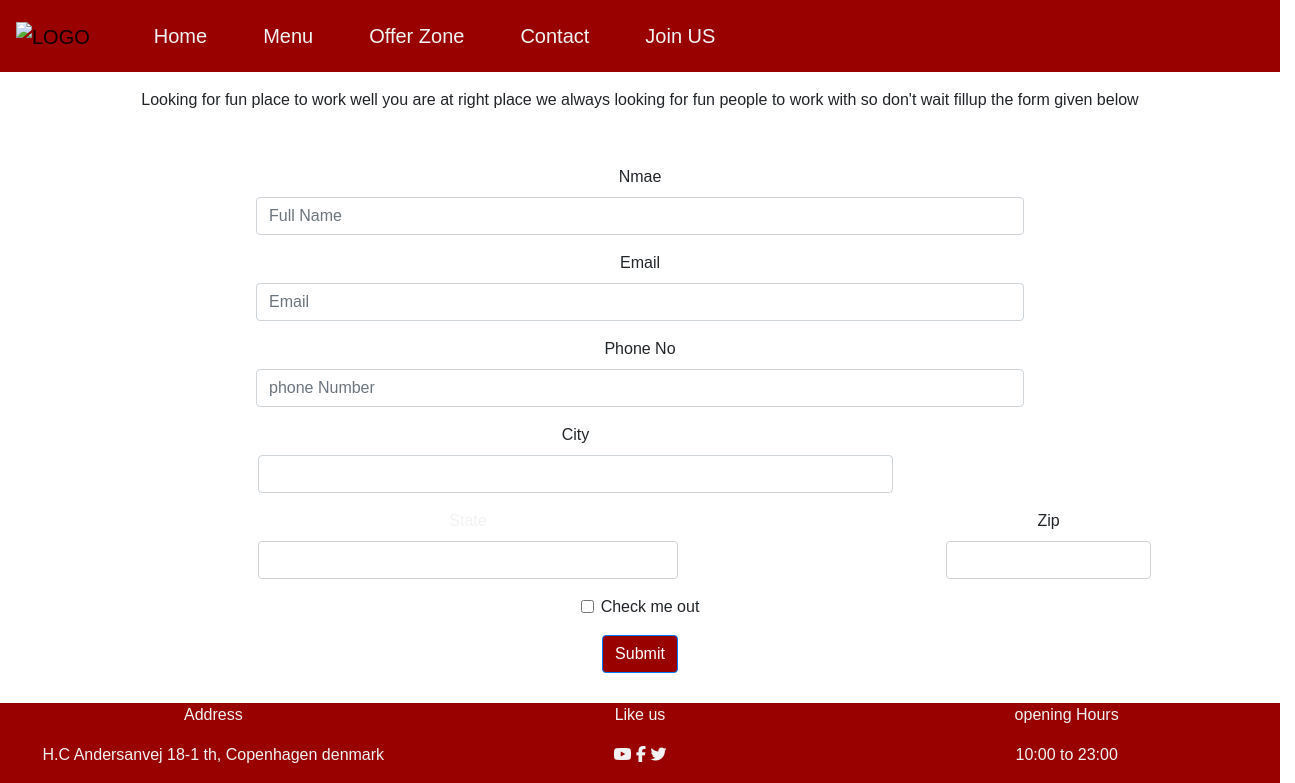
Repository: HMTRIVEDI/project-one
Page: job.html
The author's editor kept a record of every edit. The page is drawn from the files as they stood at one moment, then again after the next edit.
The browser window is 1280 px wide. The page is 1295 px wide, so the pictures cover 1295 px, including what lies to the right of the window. The pictures show the whole page.
Some web libraries are served in a nearby version.

Above is the page before.

### job.html
<!doctype html>
<html lang="en">

<head>
  <!-- Required meta tags -->
  <meta charset="utf-8">
  <meta name="viewport" content="width=device-width, initial-scale=1, shrink-to-fit=no">

  <!-- Bootstrap CSS -->
  <script src="https://kit.fontawesome.com/325cc790b1.js"></script>
  <link rel="stylesheet" href="https://stackpath.bootstrapcdn.com/bootstrap/4.3.1/css/bootstrap.min.css" integrity="sha384-ggOyR0iXCbMQv3Xipma34MD+dH/1fQ784/j6cY/iJTQUOhcWr7x9JvoRxT2MZw1T" crossorigin="anonymous">
  <link rel="stylesheet" href="style.css" type="text/css" />
  <link href="https://fonts.googleapis.com/css?family=Playfair+Display&display=swap" rel="stylesheet">
  <title>K&H Since 1992</title>
</head>


<body>

  <div class="container-fluid">
    <div class="row">
      <div class="col-sm-12">
        <nav class="navbar fixed-top navbar-expand-lg navbar-light bg-light">
          <a class="navbar-brand" href="index.html">
            <img src="#" width="200px" height="80px" alt="LOGO"></a>
          <button class="navbar-toggler" type="button" data-toggle="collapse" data-target="#navbarNavDropdown" aria-controls="navbarNavDropdown" aria-expanded="false" aria-label="Toggle navigation">
                     <span class="btn"><i class="fas fa-hamburger"></i></span>
           </button>
          <div class="collapse navbar-collapse" id="navbarNavDropdown">
            <ul class="navbar-nav">
              <li class="nav-item">
                <a class="nav-link" href="index.html">Home <span class="sr-only">(current)</span></a>
              </li>
              <li class="nav-item">
                <a class="nav-link" href="Menu.html">Menu</a>
              </li>
              <li class="nav-item">
                <a class="nav-link" href="Offerzone.html">Offer Zone</a>
              </li>
              <li class="nav-item">
                <a class="nav-link" href="Contact.html">Contact</a>
              </li>
              <li class="nav-item">
                <a class="nav-link" href="job.html">Join US</a>
              </li>
            </ul>
          </div>
        </nav>
      </div>
    </div>
    <!--offer-->
    <section class="contact">
      <div class="row">
        <div class="col-sm-12">
          <h6>Looking for fun place to work well you are at right place we always looking for fun people to work with so don't wait fillup the form given below </h6>
          <br>
          <br>
          <form>
            <div class="form-group">
              <label for="inputname class=" "form-control">Nmae</label>
              <input type="text" class="form-control" placeholder="Full Name">
            </div>
            <div class="form-group">
              <label for="inputemail">Email</label>
              <input type="email" class="form-control" id="inputemail" placeholder="Email">
            </div>
            <div class="form-group">
              <label for="inputphoneno">Phone No</label>
              <input type="number" class="form-control" id="inputphonenor" placeholder="phone Number">
            </div>
            <div class="form-row">
              <div class="form-group col-md-6">
                <label for="inputCity">City</label>
                <input type="text" class="form-control" id="inputCity">
              </div>
              <div class="form-group col-md-4">
                <label for="inputState">State</label>
                <input type="text" class="form-control"></input>
              </div>
              <div class="form-group col-md-2">
                <label for="inputZip">Zip</label>
                <input type="text" class="form-control" id="inputZip">
              </div>
            </div>
            <div class="form-group">
              <div class="form-check">
                <input class="form-check-input" type="checkbox" id="gridCheck">
                <label class="form-check-label" for="gridCheck">Check me out</label>
              </div>
            </div>
            <button type="submit" class="btn btn-primary">Submit</button>
        </div>
      </div>
    </section>
    <!--footer-->
    <div class="row" id="footer">
      <div class="col-md-4" id="A">
        <p>Address</p>
        <p>H.C Andersanvej 18-1 th, Copenhagen denmark</p>
      </div>
      <div class="col-md-4" id="o">
        <p>Like us</p>
        <a href=" mailto: "><i class="fab fa-youtube "></i></a>
        <a href="mailto: "><i class="fab fa-facebook-f "></i></a>
        <a href="mailto: "><i class="fab fa-twitter "></i></a>
      </div>
      <div class="col-md-4" id="l">
        <p>opening Hours</p>
        <p>10:00 to 23:00</p>
      </div>
    </div>
    <!-- Optional JavaScript -->
    <!-- jQuery first, then Popper.js, then Bootstrap JS -->
    <script src="https://code.jquery.com/jquery-3.3.1.slim.min.js" integrity="sha384-q8i/X+965DzO0rT7abK41JStQIAqVgRVzpbzo5smXKp4YfRvH+8abtTE1Pi6jizo" crossorigin="anonymous"></script>
    <script src="https://cdnjs.cloudflare.com/ajax/libs/popper.js/1.14.7/umd/popper.min.js" integrity="sha384-UO2eT0CpHqdSJQ6hJty5KVphtPhzWj9WO1clHTMGa3JDZwrnQq4sF86dIHNDz0W1" crossorigin="anonymous"></script>
    <script src="https://stackpath.bootstrapcdn.com/bootstrap/4.3.1/js/bootstrap.min.js" integrity="sha384-JjSmVgyd0p3pXB1rRibZUAYoIIy6OrQ6VrjIEaFf/nJGzIxFDsf4x0xIM+B07jRM" crossorigin="anonymous"></script>
</body>

</html>

### style.css
body {
    height: 100%;
    margin: 0;
    padding: 0;
    font-family: sans-serif, arial;
}

.container-fluid {
    height: 100%;
    padding: 0;
    margin: 0;
}

.bg-light {
    background-color: #990000!important;
}

.btn i {
    color: #f2f2f2;
}


.navbar-light .navbar-toggler-icon {
    color: #f2f2f2;
}


.navbar-toggler {
    padding: 0rem 0rem;
    font-size: 1.5rem;
    line-height: 1;
    background-color: #990000;
    border: none;
    border-radius: 50%;
}

.navbar-nav {
    margin: 5 40;
    font-size: 20px;
    list-style: none;
}


.nav-link {
    width: 100%;
    margin: 5px 20px;
    color: #ffffff;
    color: #f2f2f2 !important;
}


/**** footer ***/

#footer {
    position: relative;
    margin: 0;
    background-color: #990000;
    bottom: 0;
    width: 100%;
}

.col-md-4 {
    text-align: center;
    color: #f2f2f2;
    display: block;
}

.col-md-4 a i {
    color: #f2f2f2;
}

/********menu*******/

#menu {
    background-image: url(front.jpeg);
    position: static;
    margin: 0;
    top: 0;
    background-size: cover;
    background-repeat: no-repeat;
    background-position: center;
    width: 100%;
}

.col-sm-12 {
    width: auto;
    margin: 30px 0px;
    float: right;
}

.card {
    font-family: 'Playfair Display', serif;
    background-color: rgba(255, 255, 255, 0.4);
    color: #000000;
    word-spacing: 10px;
    font-size: 20px;
    font-weight: bold;
    text-transform: uppercase;

}

table {
    width: 50%;
    margin-left: 20%;
    height: 20%;
}

td {
    padding: 15px;
}


/*offer*/

.offer {
    padding: 0;
    width: 100%;
    background-image: url(drink.jpeg);
    background-size: cover;
    height: 100%;
    background-repeat: no-repeat;
}

.col-sm-12 {
    margin-top: 30px;
    width: 100%;
    height: 100%;
    text-align: center;
}

.btn {
    margin-left: 0%;
    background-color: #990000;
}
/*contact*/

.contact{

.form-group{width: 60%;margin-left:20%;}

After the next edit:
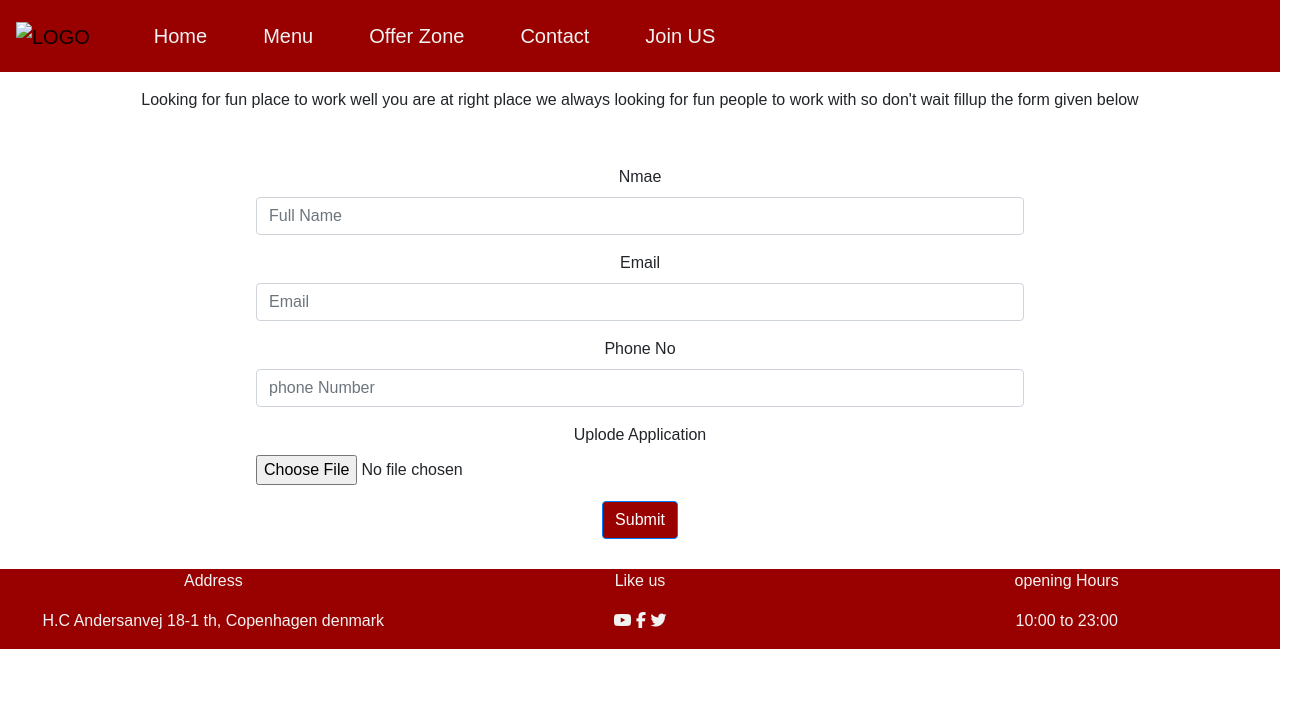
The edit:
--- a/job.html
+++ b/job.html
@@ -68,27 +68,12 @@
               <label for="inputphoneno">Phone No</label>
               <input type="number" class="form-control" id="inputphonenor" placeholder="phone Number">
             </div>
-            <div class="form-row">
-              <div class="form-group col-md-6">
-                <label for="inputCity">City</label>
-                <input type="text" class="form-control" id="inputCity">
-              </div>
-              <div class="form-group col-md-4">
-                <label for="inputState">State</label>
-                <input type="text" class="form-control"></input>
-              </div>
-              <div class="form-group col-md-2">
-                <label for="inputZip">Zip</label>
-                <input type="text" class="form-control" id="inputZip">
-              </div>
-            </div>
             <div class="form-group">
-              <div class="form-check">
-                <input class="form-check-input" type="checkbox" id="gridCheck">
-                <label class="form-check-label" for="gridCheck">Check me out</label>
-              </div>
+              <label for="exampleFormControlFile1">Uplode Application</label>
+              <input type="file" class="form-control-file" id="exampleFormControlFile1">
             </div>
             <button type="submit" class="btn btn-primary">Submit</button>
+          </form>
         </div>
       </div>
     </section>
